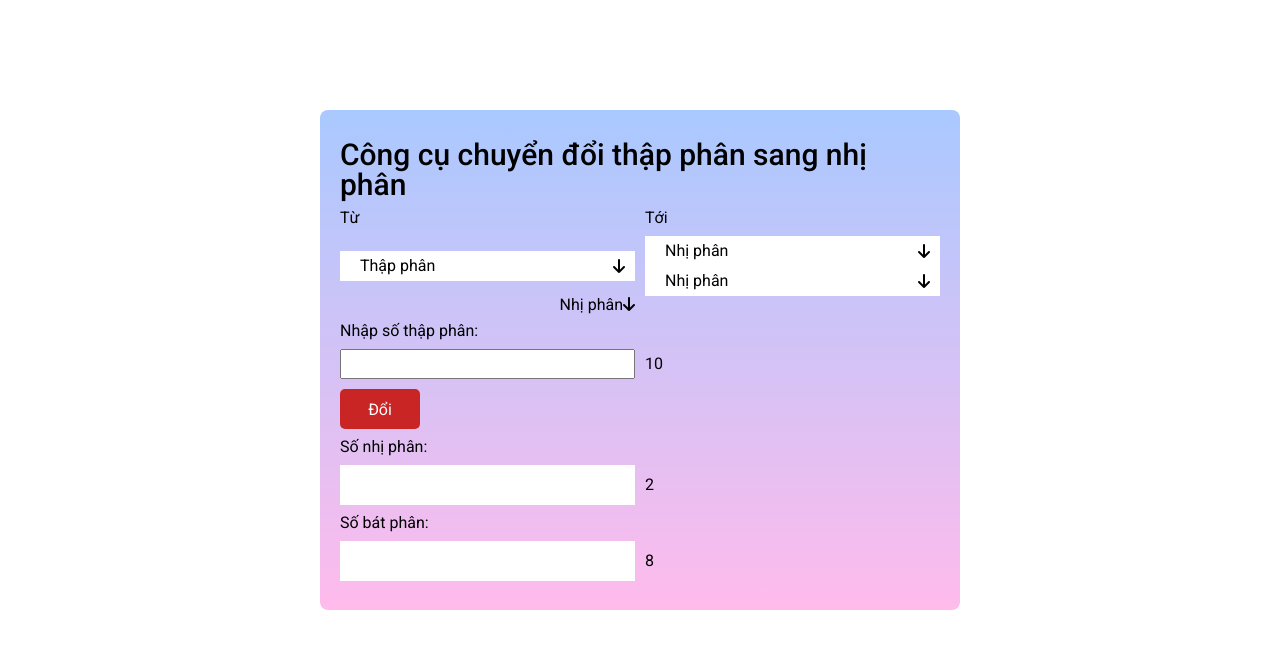
Repository: thuanpham00/covertNumber
Page: index.html
The author's editor kept a copy of each file at every save. The page is drawn from the files as they stood at one save, then again after the next save.
The browser window is 1280 px wide. The pictures show the whole page.
Some web libraries are served in a nearby version. The style sheet was rebuilt from its Sass, Less or Tailwind sources for each picture, by a compiler version that may differ from the author's.

Above is the page before, as saved 2023-11-05 16:40:07.

After the next save:
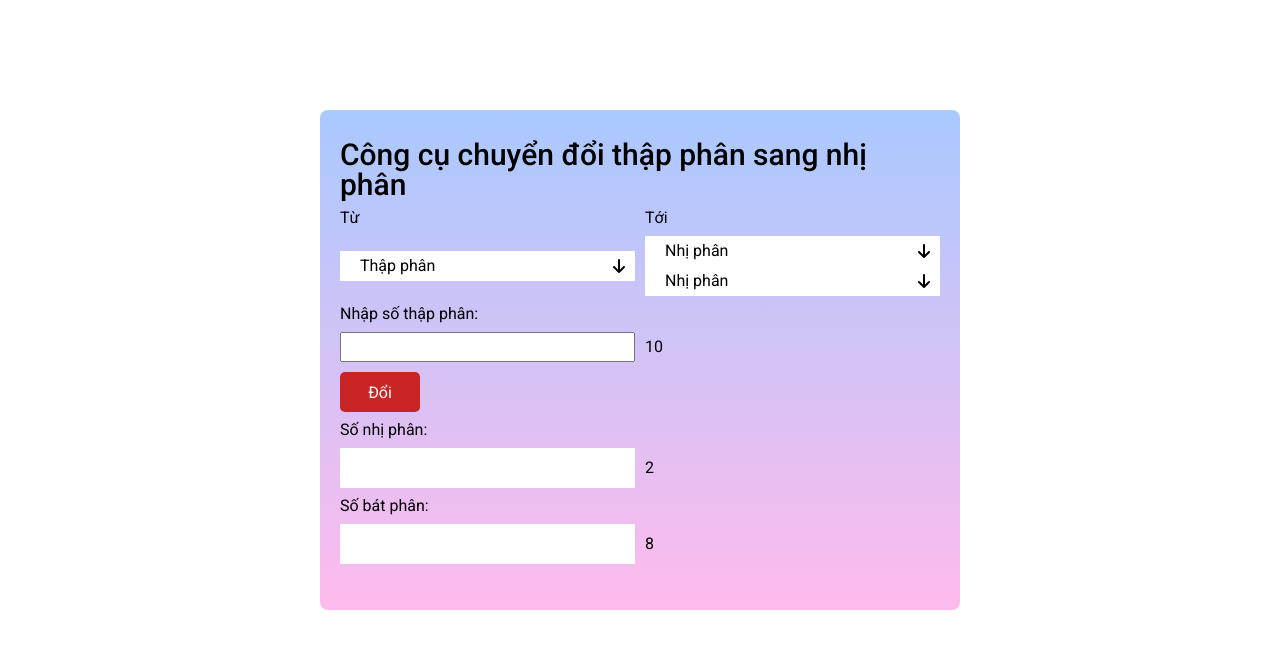
Saved 5 s later.
--- a/index.html
+++ b/index.html
@@ -42,12 +42,6 @@
                         </div>
                     </div>
                 </div>
-                <div class="list">
-                    <div class="row__item">Nhị phân</div>
-                    <div class="row__icon">
-                        <i class="fa-solid fa-arrow-down"></i>
-                    </div>
-                </div>
             </div>
             <div class="container__wrapper">
                 <div class="desc">Nhập số thập phân:</div>
